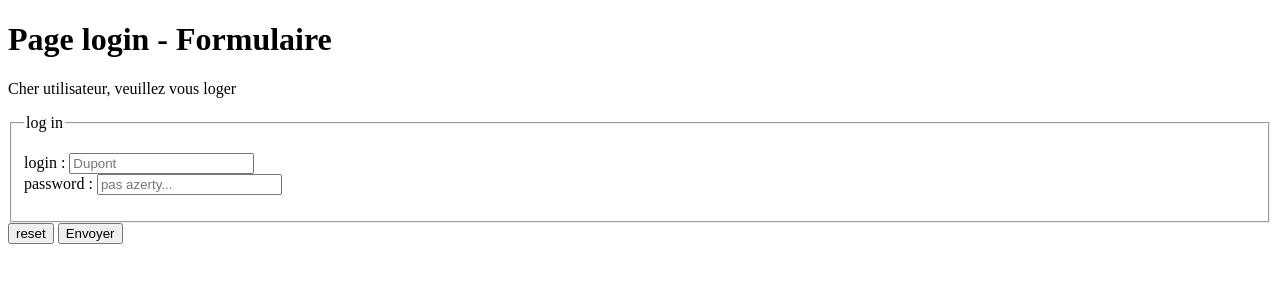
Repository: FabiendeBelleville/test
Page: GTM-eclipse-workspace-Fabien_Drouin/TPSimpleJspServlet3Redir/WebContent/formulaire.html
The author's editor kept a copy of each file at every save. The page is drawn from the files as they stood at one save, then again after the next save.
The browser window is 1280 px wide. The pictures show the whole page.

Above is the page before, as saved 2018-10-02 08:22:42.

### GTM-eclipse-workspace-Fabien_Drouin/TPSimpleJspServlet3Redir/WebContent/formulaire.html
<!DOCTYPE html>
<html>
<head>
<meta charset="ISO-8859-1">
<title>TPSimpleJspServlet3Redir</title>
</head>
<body>

	<h1>Page login - Formulaire</h1>
	<p>Cher utilisateur, veuillez vous loger</p>

	<form method="post" action="CestQui">
		<fieldset>
			<legend>log in</legend>

			<p>
				login : <input type="text" name="login" placeholder="Dupont" /> <br>
				password : <input type="text" name="password"
					placeholder="pas azerty..." /> <br>
		</fieldset>



		<input type="reset" value="reset" /> <input type="submit"
			value="Envoyer" />
	</form>




</body>
</html>

After the next save:
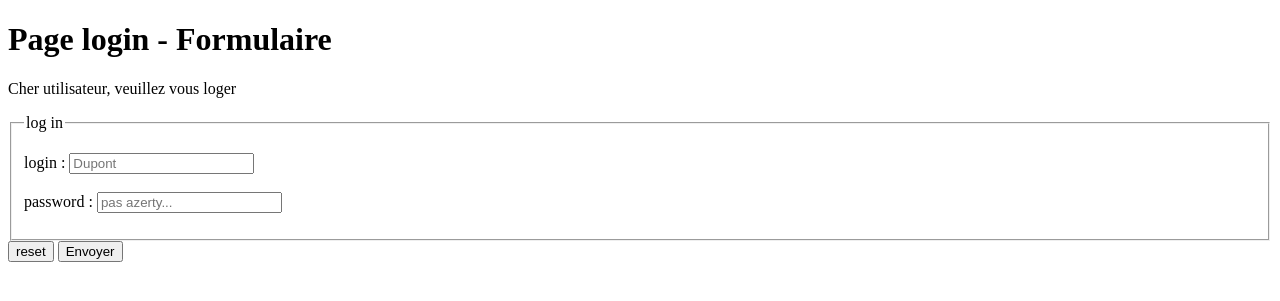
Saved 78 s later.
--- a/GTM-eclipse-workspace-Fabien_Drouin/TPSimpleJspServlet3Redir/WebContent/formulaire.html
+++ b/GTM-eclipse-workspace-Fabien_Drouin/TPSimpleJspServlet3Redir/WebContent/formulaire.html
@@ -14,7 +14,7 @@
 			<legend>log in</legend>
 
 			<p>
-				login : <input type="text" name="login" placeholder="Dupont" /> <br>
+				login : <input type="text" name="login" placeholder="Dupont" /> <br><br>
 				password : <input type="text" name="password"
 					placeholder="pas azerty..." /> <br>
 		</fieldset>
